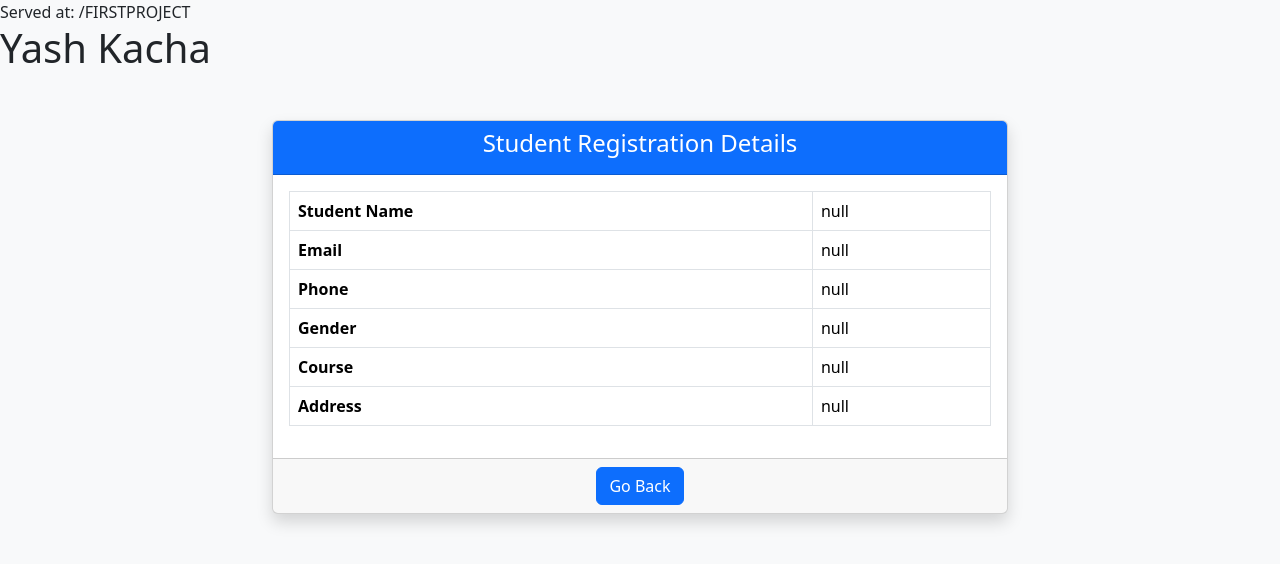
Repository: YashKachaRK/JAVA_CODE_SEM_6
Page: http://localhost/FIRSTPROJECT/Hello
These files come from the project's save history. The page is drawn as it stood at one moment and after the next save; the edit follows.
The browser window is 1280 px wide. The pictures show the whole page.
The page is served by Tomcat 10.

Above is the page before, as saved 2025-12-19 05:39:21.

After the next save:
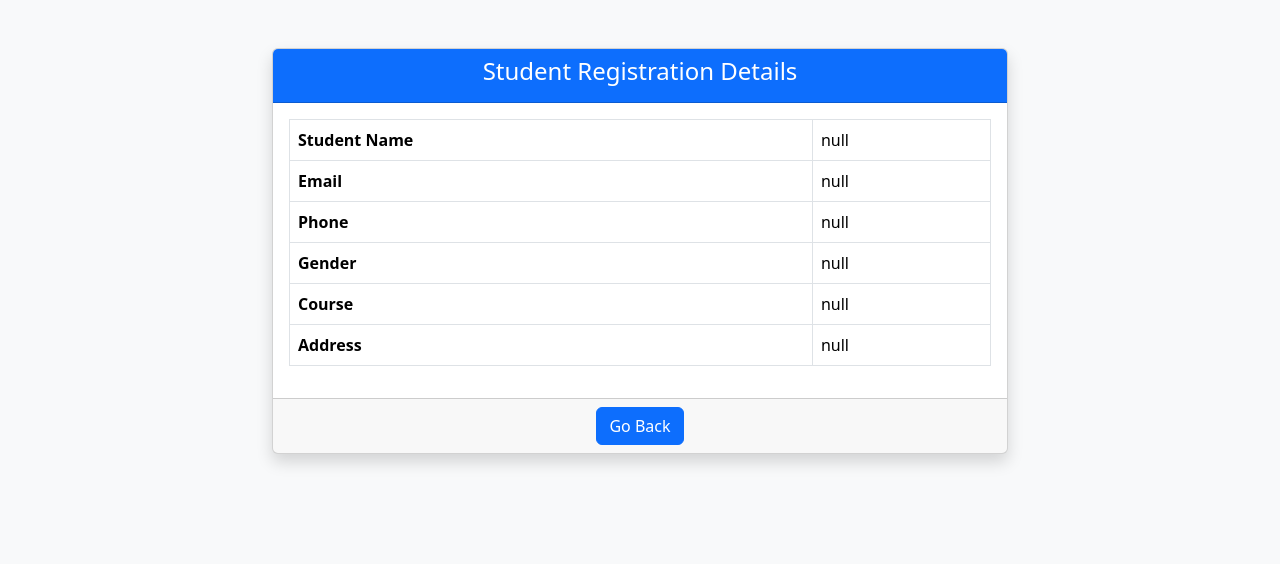
Saved 74 s later.
--- a/FIRSTPROJECT/src/main/java/first/Hello.java
+++ b/FIRSTPROJECT/src/main/java/first/Hello.java
@@ -28,13 +28,10 @@ public class Hello extends HttpServlet {
 	 */
 	protected void doGet(HttpServletRequest request, HttpServletResponse response) throws ServletException, IOException {
 		// TODO Auto-generated method stub
-		response.getWriter().append("Served at: ").append(request.getContextPath());
+//		response.getWriter().append("Served at: ").append(request.getContextPath());
 		response.setContentType("text/html");  // first line when make new project
 		PrintWriter out = response.getWriter();
-		out.println("<html><body>");
 
-		out.println("<h1>Yash Kacha</h1>");
-		out.println("</body></html>");
 
 		String s1 = request.getParameter("sname");
 		String s2 = request.getParameter("semail");
